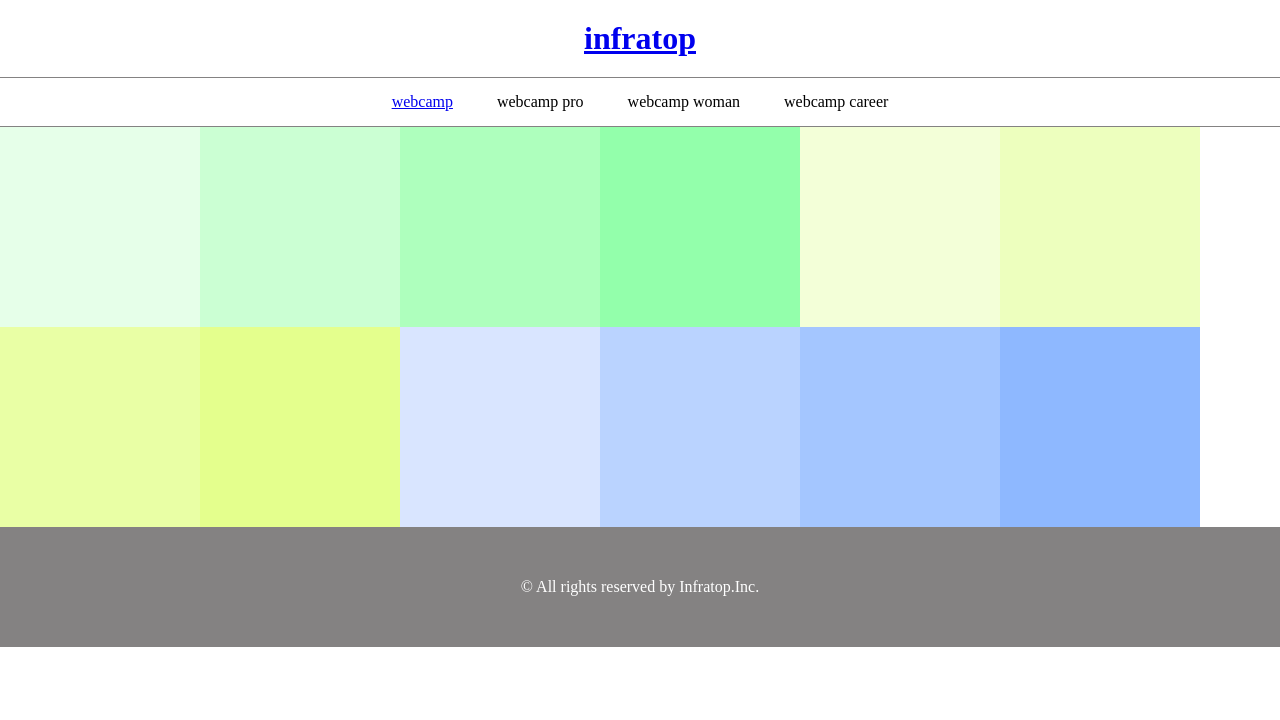
Repository: monami1021/DMM-WEBCAMP
Page: chapter5_exercise/chapter5_exercise.html
The author's editor kept a record of every edit. The page is drawn from the files as they stood at one moment, then again after the next edit.
The browser window is 1280 px wide. The pictures show the whole page.

Above is the page before.

### chapter5_exercise/chapter5_exercise.html
<!DOCTYPE html>
<html lang="ja">
  <head>
    <meta charset="UTF-8" />
    <!-- CSSファイルの読み込み -->
    <link rel="stylesheet" href="style.css" />
    <title>chapter5_exercis</title>
  </head>

  <!-- header -->
    <header>
      <h1 class="heading">
        <a href="chapter5_exercise.html">
          infratop
        </a>
      </h1>
    </header>

    <!-- navigation -->
    <nav>
      <ul class="nav-list">
        <li class="nav-list-item">
          <a href="chapter5_exercise.html">webcamp</a>
        </li>
        <li class="nav-list-item">webcamp pro</li>
        <li class="nav-list-item">webcamp woman</li>
        <li class="nav-list-item">webcamp career</li>
      </ul>
    </nav>
<main>
 <style>
    .flex{
      display: flex;
      flex-wrap: wrap;
    }
    .item{
      width:200px;
      height:200px;
    }
    .box1{
      background-color: #e6ffe9;
    }
      .box2{
      background-color: #cbffd3;
    }
    .box3{
      background-color: #aeffbd;
    }
    .box4{
      background-color: #93ffab;
    }
    .box5{
      background-color: #f3ffd8;
    }
    .box6{
      background-color: #edffbe;
    }
    .box7{
      background-color: #e9ffa5;
    }
    .box8{
      background-color: #e4ff8d;
    }
    .box9{
      background-color: #d9e5ff;
    }
    .box10{
      background-color: #bad3ff;
    }
    .box11{
      background-color: #a4c6ff;
    }
    .box12{
      background-color: #8eb8ff;
    }

  </style>
  <body>
         <div class="flex">
           <div class="item box1"></div>
           <div class="item box2"></div>
           <div class="item box3"></div>
           <div class="item box4"></div>
           <div class="item box5"></div>
           <div class="item box6"></div>
           <div class="item box7"></div>
           <div class="item box8"></div>
           <div class="item box9"></div>
           <div class="item box10"></div>
           <div class="item box11"></div>
           <div class="item box12"></div>
         </div>
         </body>
       </html>
       </main>

    <!-- footer -->
    <footer>
      <p class="footer-text">© All rights reserved by Infratop.Inc.</p>
    </footer>

</body>
 </html>

### chapter5_exercise/style.css
* {
  margin: 0;
  padding: 0;
  box-sizing: border-box;
}

header {
  width: 100%;
  padding: 20px 0;
  text-align: center;
}

.nav-list {
  text-align: center;
  padding: 15px 0;
  margin: 0 auto;
  border-bottom: 1px solid #848282;
  border-top: 1px solid #848282;
}
.nav-list-item {
  list-style: none;
  display: inline-block;
  margin: 0 20px;
}

.main {
  width: 800px;
  margin: 50px auto;
  display: flex;
  flex-wrap: wrap;
}

.box1 {
  width: 200px;
  height: 200px;
  background-color: #e6ffe9;
}

.box2 {
  width: 200px;
  height: 200px;
  background-color: #cbffd3;
}

.box3 {
  width: 200px;
  height: 200px;
  background-color: #aeffbd;
}

.box4 {
  width: 200px;
  height: 200px;
  background-color: #93ffab;
}

.box5 {
  width: 200px;
  height: 200px;
  background-color: #f3ffd8;
}

.box6 {
  width: 200px;
  height: 200px;
  background-color: #edffbe;
}

.box7 {
  width: 200px;
  height: 200px;
  background-color: #e9ffa5;
}

.box8 {
  width: 200px;
  height: 200px;
  background-color: #e4ff8d;
}

.box9 {
  width: 200px;
  height: 200px;
  background-color: #d9e5ff;
}

.box10 {
  width: 200px;
  height: 200px;
  background-color: #bad3ff;
}

.box11 {
  width: 200px;
  height: 200px;
  background-color: #a4c6ff;
}

.box12 {
  width: 200px;
  height: 200px;
  background-color: #8eb8ff;
}

footer {
  width: 100%;
  height: 120px;
  text-align: center;
  line-height: 120px;
  background-color: #848282;
}

.footer-text {
  color: #fff;
}

After the next edit:
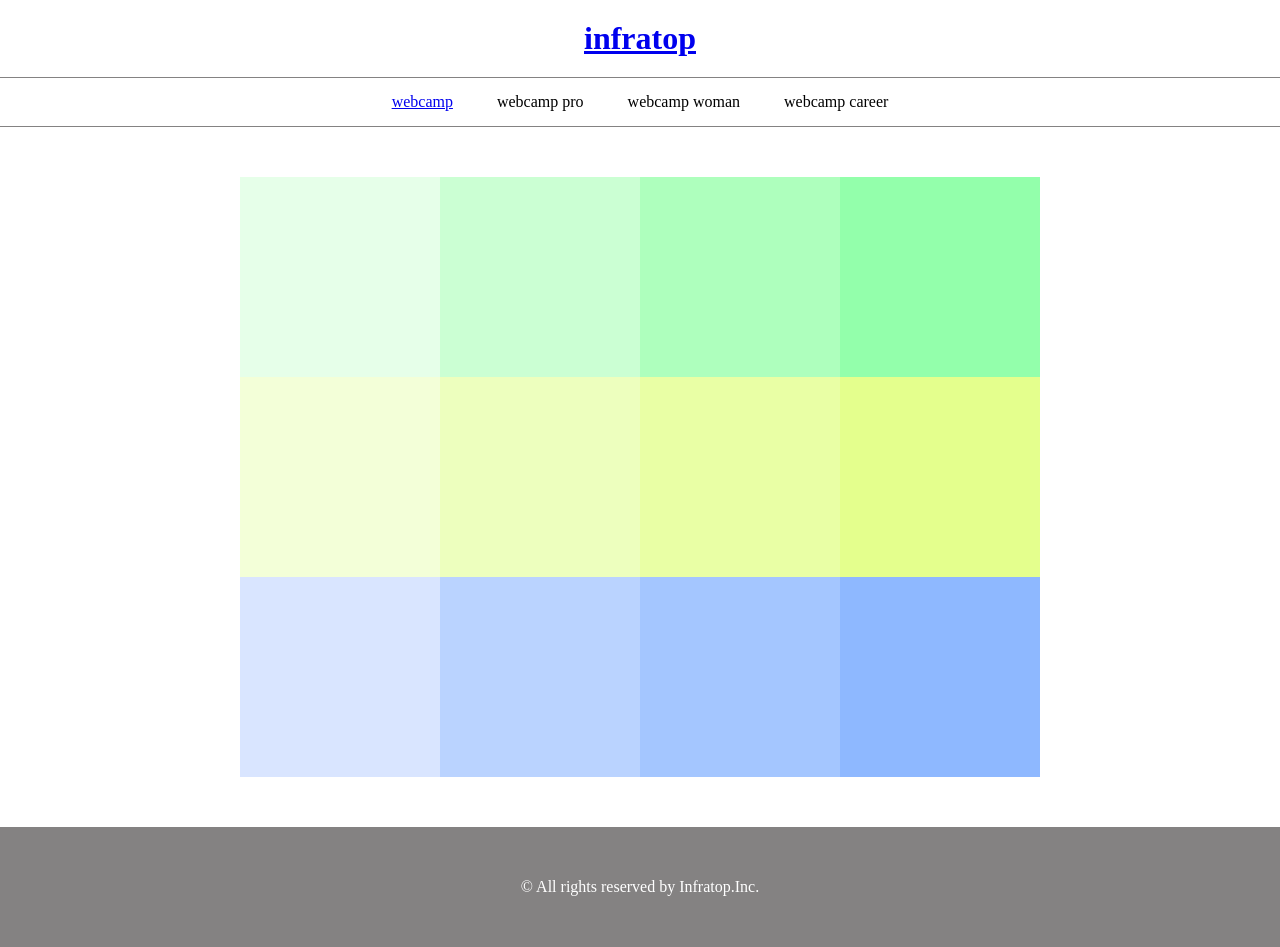
The edit:
--- a/chapter5_exercise/chapter5_exercise.html
+++ b/chapter5_exercise/chapter5_exercise.html
@@ -30,6 +30,8 @@
 <main>
  <style>
     .flex{
+      width: 800px;
+      margin: 50px auto;
       display: flex;
       flex-wrap: wrap;
     }
